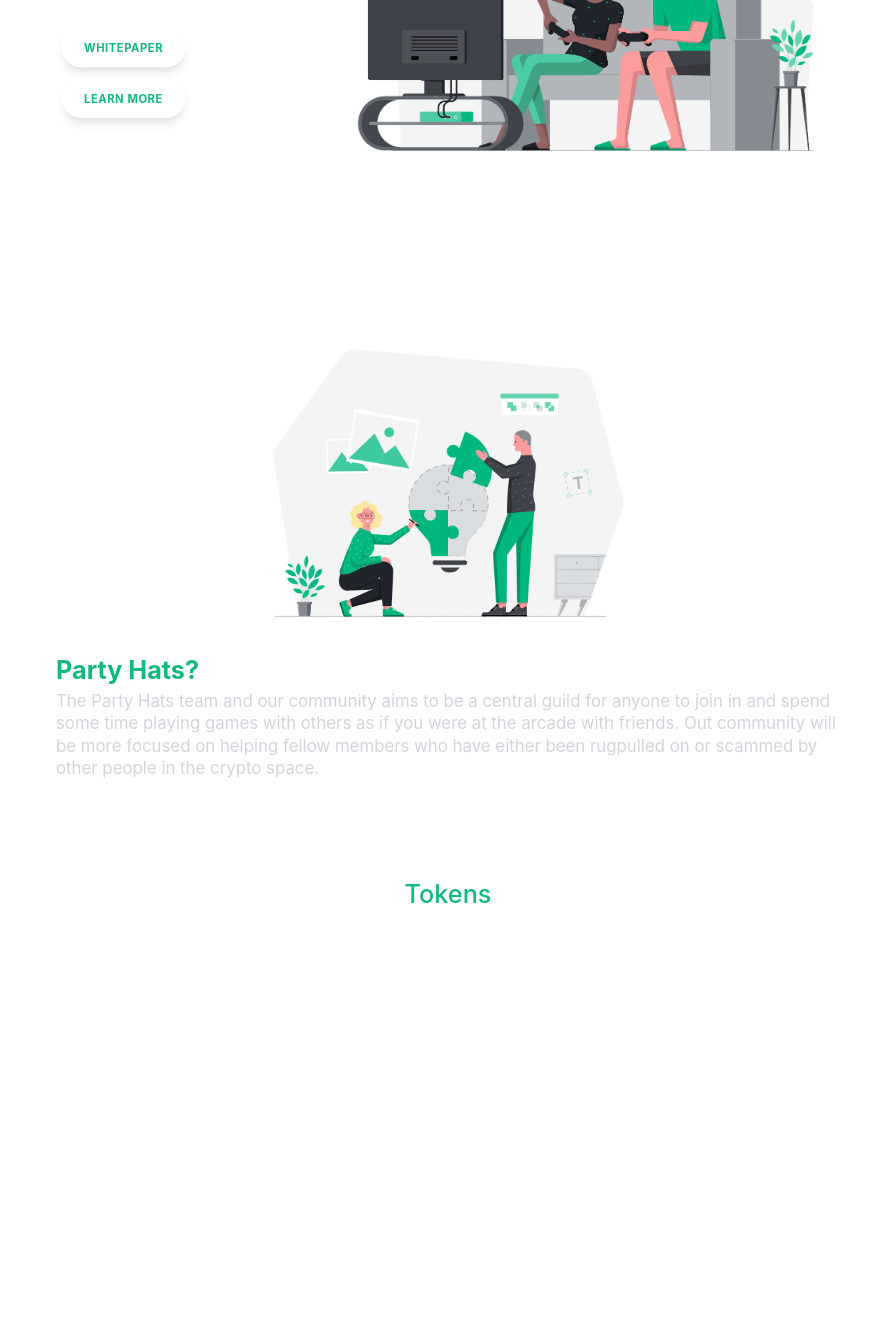
Repository: rhinorphan/phat-landing-page
Page: /
An editor plug-in stored every save of this project. The page is shown before and after the next save, followed by the edit.
The browser window is 1280 px wide. The pictures show the part of the page from y = 432 to 2352 px (the page is 3592 px tall), at 70% of full size.
The project was rebuilt for these pictures with package versions that can differ from the ones it lists, and the page was loaded fresh each time. Also part of the build but not shown: craco.config.js.

Above is the page before, as saved 2021-11-17 17:20:45.

### public/index.html
<!DOCTYPE html>
<html lang="en">
  <head>
    <meta charset="utf-8" />
    <link rel="icon" href="%PUBLIC_URL%/assets/images/server_icon.png" />
    <meta name="PHAT" content="width=device-width, initial-scale=1" />
    <meta name="theme-color" content="#000000" />
    <meta
      name="description"
      content="PHAT Landing Page"
    />
    <link rel="apple-touch-icon" href="%PUBLIC_URL%/assets/images/server_icon.png" />
    <!--
      manifest.json provides metadata used when your web app is installed on a
      user's mobile device or desktop. See https://developers.google.com/web/fundamentals/web-app-manifest/
    -->
    <link rel="manifest" href="%PUBLIC_URL%/manifest.json" />
    <!--
      Notice the use of %PUBLIC_URL% in the tags above.
      It will be replaced with the URL of the `public` folder during the build.
      Only files inside the `public` folder can be referenced from the HTML.

      Unlike "/favicon.ico" or "favicon.ico", "%PUBLIC_URL%/favicon.ico" will
      work correctly both with client-side routing and a non-root public URL.
      Learn how to configure a non-root public URL by running `npm run build`.
    -->
    <title>Party Hats</title>
  </head>
  <body>
    <noscript>You need to enable JavaScript to run this app.</noscript>
    <div id="root"></div>
    <!--
      This HTML file is a template.
      If you open it directly in the browser, you will see an empty page.

      You can add webfonts, meta tags, or analytics to this file.
      The build step will place the bundled scripts into the <body> tag.

      To begin the development, run `npm start` or `yarn start`.
      To create a production bundle, use `npm run build` or `yarn build`.
    -->
  </body>
</html>

### src/App.js
import logo from './logo.svg';
import './App.css';
import Header from './components/Header';
import Contact from './components/Contact';
import Landing from './components/Landing';
import Community from './components/Community';
import Tokens from './components/Tokens';
import About from './components/About';

function App() {
  return (
    <div className="app">
        <Header />
        <div className="app__body">
          <Landing />
          <Community />
          <Tokens />
          <About />
          <Contact />
        </div>
    </div>
  );
}

export default App;

### src/App.css
.active {
  @apply py-4 px-2 text-green-500 border-b-4 border-green-500 font-semibold
}

.active2 {
  @apply block text-sm px-2 py-4 text-white bg-green-500 font-semibold
}

.nobull {
  list-style-type: none;
}

### src/components/Header.js
import React from 'react';
import { Link, animateScroll as scroll } from "react-scroll";

function Header() {

  const handleSubmit = (e) => {
    e.preventDefault();

		const menu = document.querySelector(".mobile-menu");

		menu.classList.toggle("hidden");
  }
  const scrollToTop = (e) => {
    scroll.scrollToTop();
  };

  return (
    <nav class="bg-white shadow-lg sticky top-0">
			<div class="max-w-6xl mx-auto px-4">
				<div class="flex justify-between">
					<div class="flex space-x-7">
						<div>
							<a href="" class="flex items-center py-4 px-2">
								<img src={`${process.env.PUBLIC_URL}/assets/images/server_icon.png`} alt="Logo" class="inline object-cover w-12 h-12 mr-4 rounded-full"/>
								<span onClick={scrollToTop}class="font-semibold text-gray-500 text-lg">Party Hats</span>
							</a>
						</div>
						<div class="hidden md:flex items-center space-x-1 nobull">
              <li><Link activeClass="active" className="py-4 px-2 text-gray-500 font-semibold hover:text-green-500 transition duration-300 cursor-pointer"
              to="landing" spy={true} smooth={true} duration={500}>Home</Link></li>
							<li><Link activeClass="active" className="py-4 px-2 text-gray-500 font-semibold hover:text-green-500 transition duration-300 cursor-pointer"
              to="community" spy={true} smooth={true} duration={500}>Community</Link></li>
              <li><Link activeClass="active" className="py-4 px-2 text-gray-500 font-semibold hover:text-green-500 transition duration-300 cursor-pointer"
              to="token" spy={true} smooth={true} duration={500}>Tokens</Link></li>
							<li><Link activeClass="active" className="py-4 px-2 text-gray-500 font-semibold hover:text-green-500 transition duration-300 cursor-pointer"
              to="about" spy={true} smooth={true} duration={500}>About</Link></li>
							<li><Link activeClass="active" className="py-4 px-2 text-gray-500 font-semibold hover:text-green-500 transition duration-300 cursor-pointer"
              to="contact" spy={true} smooth={true} duration={500}>Contact</Link></li>
						</div>
					</div>
					<div class="hidden md:flex items-center space-x-3 ">
						<a target="_blank" rel="noopener noreferrer" href="https://tetr.io/" class="py-2 px-8 font-medium text-white bg-green-500 hover:bg-green-400 transition duration-300 rounded-full">Play</a>
					</div>
					<div class="md:hidden flex items-center">
						<button class="outline-none mobile-menu-button" onClick={handleSubmit}>
						<svg class=" w-6 h-6 text-gray-500 hover:text-green-500 "
							x-show="!showMenu"
							fill="none"
							stroke-linecap="round"
							stroke-linejoin="round"
							stroke-width="2"
							viewBox="0 0 24 24"
							stroke="currentColor"
						>
							<path d="M4 6h16M4 12h16M4 18h16"></path>
						</svg>
					</button>
					</div>
				</div>
			</div>
			<div class="hidden mobile-menu">
				<ul class="">
					<li><Link activeClass="active2" className="block text-sm px-2 py-4 hover:bg-green-500 transition duration-300 hover:text-white cursor-pointer"
              to="landing" spy={true} smooth={true} duration={500}>Home</Link></li>
					<li><Link activeClass="active2" className="block text-sm px-2 py-4 hover:bg-green-500 transition duration-300 hover:text-white cursor-pointer"
              to="community" spy={true} smooth={true} duration={500}>Community</Link></li>
          <li><Link activeClass="active2" className="block text-sm px-2 py-4 hover:bg-green-500 transition duration-300 hover:text-white cursor-pointer"
              to="token" spy={true} smooth={true} duration={500}>Tokens</Link></li>
					<li><Link activeClass="active2" className="block text-sm px-2 py-4 hover:bg-green-500 transition duration-300 hover:text-white cursor-pointer"
              to="about" spy={true} smooth={true} duration={500}>About</Link></li>
					<li><Link activeClass="active2" className="block text-sm px-2 py-4 hover:bg-green-500 transition duration-300 hover:text-white cursor-pointer"
              to="contact" spy={true} smooth={true} duration={500}>Contact</Link></li>
				</ul>
			</div>
		</nav>
  )
}

export default Header

### src/components/Contact.js
import React from 'react'
import { Link, animateScroll as scroll } from "react-scroll";

function Contact() {

  return (
    <section
      className="text-gray-700 body-font h-100" name="contact">
        <div className="container px-5 py-18 mx-auto">
          <div className="flex flex-col text-center w-full mb-12">
            <h1 className="sm:text-4xl text-2xl font-medium title-font mb-4 text-green-500">
              Contact Us
            </h1>
            <p className="lg:w-2/3 mx-auto leading-relaxed text-base">
            Neque porro quisquam est qui dolorem ipsum quia dolor sit amet, consectetur, adipisci velit.
            </p>
          </div>
          <div className="lg:w-1/2 md:w-2/3 mx-auto">
            <div className="flex flex-wrap -m-2">
              <div className="p-2 w-1/2">
                <div className="">
                  <label for="name" className="leading-7 text-sm text-gray-600">
                    Name
                  </label>
                  <input
                    type="text"
                    id="name"
                    name="name"
                    className="w-full bg-gray-100 rounded border border-gray-300 focus:border-green-500 text-base outline-none text-gray-700 py-1 px-3 leading-8 transition-colors duration-200 ease-in-out"
                  />
                </div>
              </div>
              <div className="p-2 w-1/2">
                <div className="">
                  <label
                    for="email"
                    className="leading-7 text-sm text-gray-600"
                  >
                    Email
                  </label>
                  <input
                    type="email"
                    id="email"
                    name="email"
                    className="w-full bg-gray-100 rounded border border-gray-300 focus:border-green-500 text-base outline-none text-gray-700 py-1 px-3 leading-8 transition-colors duration-200 ease-in-out"
                  />
                </div>
              </div>
              <div className="p-2 w-full">
                <div className="">
                  <label
                    for="message"
                    className="leading-7 text-sm text-gray-600"
                  >
                    Message
                  </label>
                  <textarea
                    id="message"
                    name="message"
                    className="w-full bg-gray-100 rounded border border-gray-300 focus:border-green-500 h-32 text-base outline-none text-gray-700 py-1 px-3 resize-none leading-6 transition-colors duration-200 ease-in-out"
                  ></textarea>
                </div>
              </div>
              <div className="p-2 w-full">
                <button className="flex mx-auto py-2 px-8 font-medium text-white bg-green-500 rounded hover:bg-green-400 transition duration-300">
                  Send
                </button>
              </div>
              <div className="p-2 w-full pt-8 mt-8 border-t border-gray-200 text-center">
                <a className="text-green-500">example@email.com</a>
                <p className="leading-normal my-5">
                  49 Smith St.
                  <br />
                  Saint Cloud, MN 56301
                </p>
                <span className="inline-flex">
                  <a className="ml-4 text-gray-500">
                    <svg xmlns="http://www.w3.org/2000/svg" className="w-5 h-5" fill="currentColor" class="bi bi-discord" viewBox="0 0 16 16">
                      <path d="M13.545 2.907a13.227 13.227 0 0 0-3.257-1.011.05.05 0 0 0-.052.025c-.141.25-.297.577-.406.833a12.19 12.19 0 0 0-3.658 0 8.258 8.258 0 0 0-.412-.833.051.051 0 0 0-.052-.025c-1.125.194-2.22.534-3.257 1.011a.041.041 0 0 0-.021.018C.356 6.024-.213 9.047.066 12.032c.001.014.01.028.021.037a13.276 13.276 0 0 0 3.995 2.02.05.05 0 0 0 .056-.019c.308-.42.582-.863.818-1.329a.05.05 0 0 0-.01-.059.051.051 0 0 0-.018-.011 8.875 8.875 0 0 1-1.248-.595.05.05 0 0 1-.02-.066.051.051 0 0 1 .015-.019c.084-.063.168-.129.248-.195a.05.05 0 0 1 .051-.007c2.619 1.196 5.454 1.196 8.041 0a.052.052 0 0 1 .053.007c.08.066.164.132.248.195a.051.051 0 0 1-.004.085 8.254 8.254 0 0 1-1.249.594.05.05 0 0 0-.03.03.052.052 0 0 0 .003.041c.24.465.515.909.817 1.329a.05.05 0 0 0 .056.019 13.235 13.235 0 0 0 4.001-2.02.049.049 0 0 0 .021-.037c.334-3.451-.559-6.449-2.366-9.106a.034.034 0 0 0-.02-.019Zm-8.198 7.307c-.789 0-1.438-.724-1.438-1.612 0-.889.637-1.613 1.438-1.613.807 0 1.45.73 1.438 1.613 0 .888-.637 1.612-1.438 1.612Zm5.316 0c-.788 0-1.438-.724-1.438-1.612 0-.889.637-1.613 1.438-1.613.807 0 1.451.73 1.438 1.613 0 .888-.631 1.612-1.438 1.612Z"/>
                    </svg>
                  </a>
                  <a className="ml-4 text-gray-500">
                    <svg xmlns="http://www.w3.org/2000/svg" className="w-5 h-5" fill="currentColor" class="bi bi-telegram" viewBox="0 0 16 16">
                      <path d="M16 8A8 8 0 1 1 0 8a8 8 0 0 1 16 0zM8.287 5.906c-.778.324-2.334.994-4.666 2.01-.378.15-.577.298-.595.442-.03.243.275.339.69.47l.175.055c.408.133.958.288 1.243.294.26.006.549-.1.868-.32 2.179-1.471 3.304-2.214 3.374-2.23.05-.012.12-.026.166.016.047.041.042.12.037.141-.03.129-1.227 1.241-1.846 1.817-.193.18-.33.307-.358.336a8.154 8.154 0 0 1-.188.186c-.38.366-.664.64.015 1.088.327.216.589.393.85.571.284.194.568.387.936.629.093.06.183.125.27.187.331.236.63.448.997.414.214-.02.435-.22.547-.82.265-1.417.786-4.486.906-5.751a1.426 1.426 0 0 0-.013-.315.337.337 0 0 0-.114-.217.526.526 0 0 0-.31-.093c-.3.005-.763.166-2.984 1.09z"/>
                    </svg>
                  </a>
                </span>
              </div>
            </div>
          </div>
        </div>
      </section>
  )
}

export default Contact

### src/components/Landing.js
import React from 'react'
import { Link, animateScroll as scroll } from "react-scroll";

function Landing() {
  return (
    <section className="grid md:flex place-items-center h-screen py-10 px-4" name="landing">
      <div class="mx-16">
        <h2 class="text-4xl  font-bold mb-2 text-green-500">
          Community Arcade Cabinet
        </h2>
        <h3 class="text-2xl mb-2 text-gray-300">
        With your beloved games.
        </h3>
        <h3 class="text-2xl mb-8 text-green-500">
        Join the revolution!
        </h3>

        <button class="m-2 bg-white font-bold rounded-full py-4 px-8 shadow-lg uppercase tracking-wider text-green-500 hover:bg-green-400 transition duration-300 hover:text-white">
          <a target="_blank" rel="noopener noreferrer" href="https://lionell-moore.gitbook.io/crypto-party-hats/introductions/what-is-party-hats">Whitepaper</a>
        </button>
        <button class="m-2 bg-white font-bold rounded-full py-4 px-8 shadow-lg uppercase tracking-wider text-green-500 hover:bg-green-400 transition duration-300 hover:text-white">
          <a target="_blank" rel="noopener noreferrer" href="#"><Link activeClass="active"
              to="community" spy={true} smooth={true} duration={500}>Learn More</Link></a>
        </button>
      </div>
      <div className="w-full">
        <img src={`${process.env.PUBLIC_URL}/assets/images/landing.png`} alt="" className="h-full w-full"/>
      </div>
    </section>
  )
}

export default Landing

### src/components/Community.js
import React from 'react'

function Community() {
  return (
    <section className="grid md:grid place-items-center h-100 py-10 px-4" name="community">
      <div className="w-min-50">
        <img src={`${process.env.PUBLIC_URL}/assets/images/collab.png`} alt=""/>
      </div>
      <div class="mx-16 w-50">
        <h2 class="text-4xl  font-bold mb-2 text-green-500 justify-center">
        Party Hats?
        </h2>
        <h3 class="text-2xl mb-2 text-gray-300">
        The Party Hats team and our community aims to be a central guild for anyone to join in and spend some time playing games with others as if you were at the arcade with friends. Out community will be more focused on helping fellow members who have either been rugpulled on or scammed by other people in the crypto space.
        </h3>
      </div>
    </section>
  )
}

export default Community

### src/components/Tokens.js
import React from 'react'

function Tokens() {
  return (
    <section name="token" className="h-screen container px-5 py-24 mx-auto flex justify-center">
      <p className="sm:text-4xl text-2xl font-medium title-font mb-4 text-green-500">Tokens</p>
    </section>
  )
}

export default Tokens

### src/components/About.js
import React from 'react'

// shadow-lg border border-gray-200 rounded-full overflow-hidden - picture TEAM div className

function About() {
  return (
    <section name="about" className="h-100 container px-5 py-24 mx-auto flex-col">
      <div>
        <p className="flex justify-center sm:text-4xl text-2xl font-medium title-font mb-10 text-green-500">Meet the Team</p>
      </div>
      <div class="flex flex-col sm:flex-row gap-4">

			<div class="flex flex-col items-center justify-center bg-white p-4 shadow rounded-lg">
				<div class="inline-flex h-40 w-40">
					<img src={`${process.env.PUBLIC_URL}/assets/images/team1.png`}
						 alt=""
						 class="h-full w-full"/>
				</div>

				<h2 class="mt-4 font-bold text-xl">John Smith</h2>
				<h6 class="mt-2 text-sm font-medium text-green-500">Founder</h6>

				<p class="text-xs text-gray-500 text-center mt-3">
					Lorem ipsum dolor sit amet, consectetur adipisicing elit. Ab enim molestiae nulla.
				</p>

				<ul class="flex flex-row mt-4 space-x-2">
					<li>
						<a href="" class="flex items-center justify-center h-8 w-8 border rounded-full text-gray-800 border-gray-800">
							<i class="fab fa-facebook"></i>
						</a>
					</li>
					<li>
						<a href="" class="flex items-center justify-center h-8 w-8 border rounded-full text-gray-800 border-gray-800">
							<i class="fab fa-twitter"></i>
						</a>
					</li>
					<li>
						<a href="" class="flex items-center justify-center h-8 w-8 border rounded-full text-gray-800 border-gray-800">
							<i class="fab fa-instagram"></i>
						</a>
					</li>
				</ul>
			</div>

			<div class="flex flex-col items-center justify-center bg-white p-4 shadow rounded-lg">
				<div class="inline-flex h-40 w-40">
					<img src={`${process.env.PUBLIC_URL}/assets/images/team2.png`}
						 alt=""
						 class="h-full w-full"/>
				</div>

				<h2 class="mt-4 font-bold text-xl">Anna Bennett</h2>
				<h6 class="mt-2 text-sm font-medium text-green-500">CFO</h6>

				<p class="text-xs text-gray-500 text-center mt-3">
					Lorem ipsum dolor sit amet, consectetur adipisicing elit. Ab enim molestiae nulla.
				</p>

				<ul class="flex flex-row mt-4 space-x-2">
					<li>
						<a href="" class="flex items-center justify-center h-8 w-8 border rounded-full text-gray-800 border-gray-800">
							<i class="fab fa-facebook"></i>
						</a>
					</li>
					<li>
						<a href="" class="flex items-center justify-center h-8 w-8 border rounded-full text-gray-800 border-gray-800">
							<i class="fab fa-twitter"></i>
						</a>
					</li>
					<li>
						<a href="" class="flex items-center justify-center h-8 w-8 border rounded-full text-gray-800 border-gray-800">
							<i class="fab fa-instagram"></i>
						</a>
					</li>
				</ul>
			</div>

			<div class="flex flex-col items-center justify-center bg-white p-4 shadow rounded-lg">
				<div class="inline-flex h-40 w-40">
					<img src={`${process.env.PUBLIC_URL}/assets/images/team3.png`}
						 alt=""
						 class="h-full w-full"/>
				</div>

				<h2 class="mt-4 font-bold text-xl">Mary Taylor</h2>
				<h6 class="mt-2 text-sm font-medium text-green-500">Marketing</h6>

				<p class="text-xs text-gray-500 text-center mt-3">
					Lorem ipsum dolor sit amet, consectetur adipisicing elit. Ab enim molestiae nulla.
				</p>

				<ul class="flex flex-row mt-4 space-x-2">
					<li>
						<a href="" class="flex items-center justify-center h-8 w-8 border rounded-full text-gray-800 border-gray-800">
							<i class="fab fa-facebook"></i>
						</a>
					</li>
					<li>
						<a href="" class="flex items-center justify-center h-8 w-8 border rounded-full text-gray-800 border-gray-800">
							<i class="fab fa-twitter"></i>
						</a>
					</li>
					<li>
						<a href="" class="flex items-center justify-center h-8 w-8 border rounded-full text-gray-800 border-gray-800">
							<i class="fab fa-instagram"></i>
						</a>
					</li>
				</ul>
			</div>

		</div>

    </section>
  )
}

export default About

Loaded but not shown: src/index.js (common file); src/index.css (common file); src/reportWebVitals.js (common file); tailwind.config.js (common file)

After the next save:
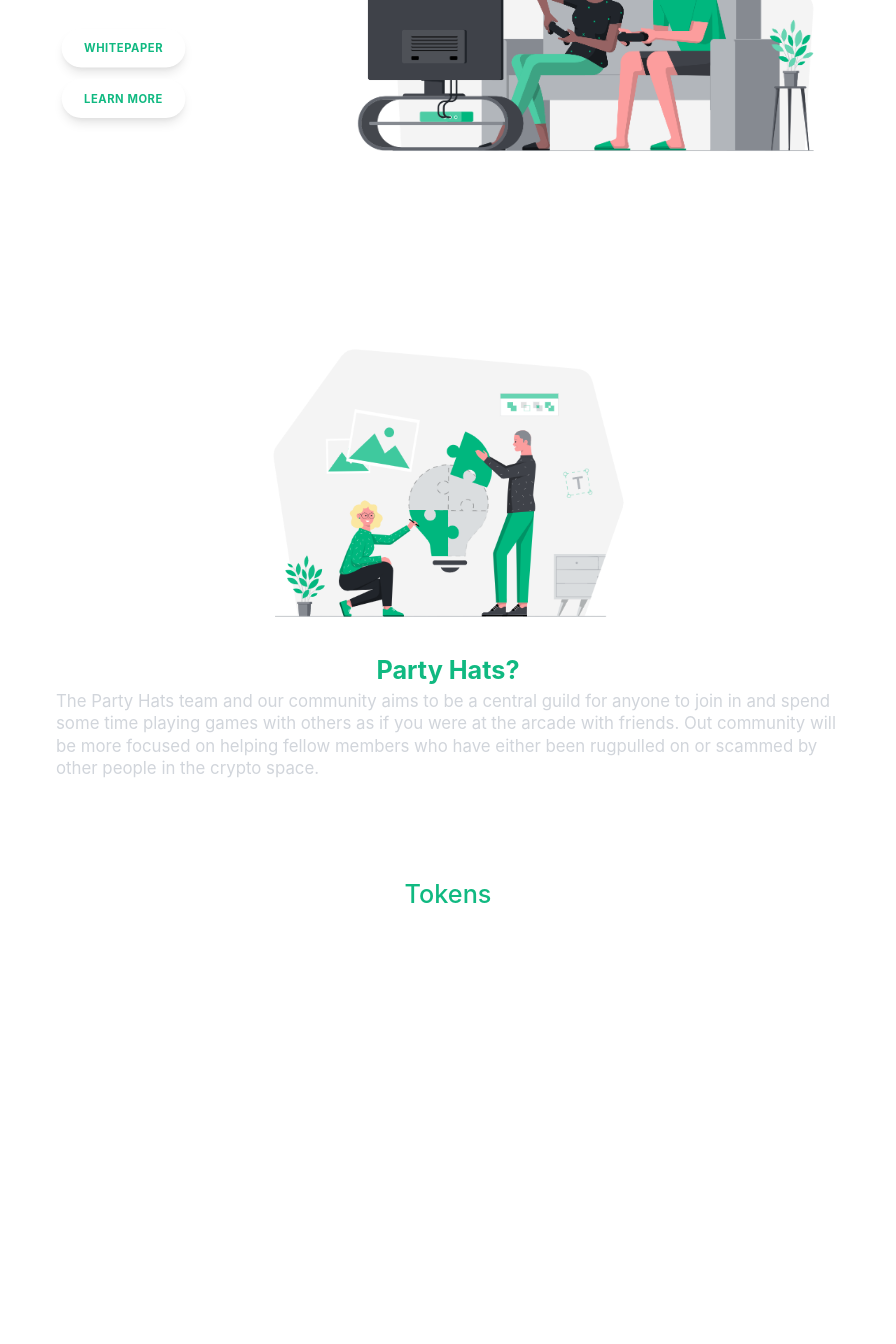
Saved 6 s later.
--- a/src/components/Community.js
+++ b/src/components/Community.js
@@ -7,7 +7,7 @@ function Community() {
         <img src={`${process.env.PUBLIC_URL}/assets/images/collab.png`} alt=""/>
       </div>
       <div class="mx-16 w-50">
-        <h2 class="text-4xl  font-bold mb-2 text-green-500 justify-center">
+        <h2 class=" flex text-4xl  font-bold mb-2 text-green-500 justify-center">
         Party Hats?
         </h2>
         <h3 class="text-2xl mb-2 text-gray-300">
